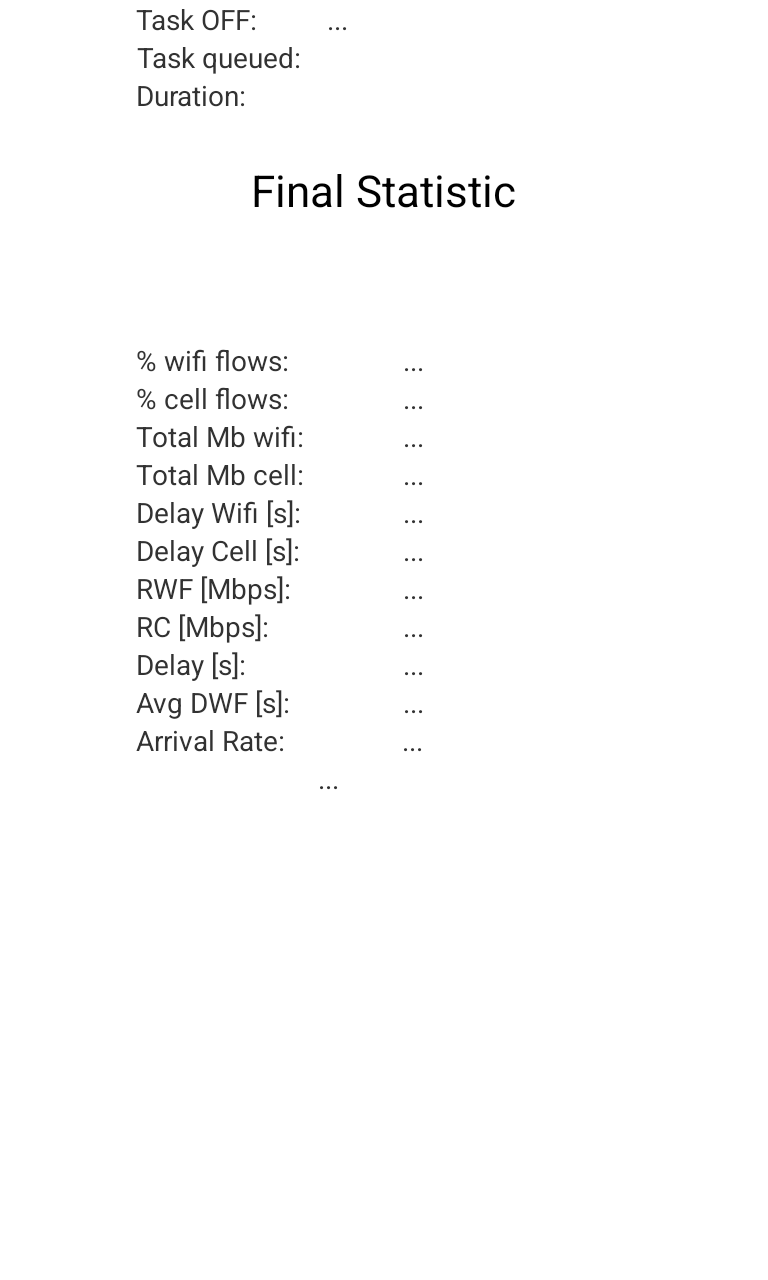
Repository: nncsang/Java-DynamicOffloading
Layout: Wifi3GProject/Wifi3GProject/res/layout/final_stat.xml
These files come from the project's save history. The layout is drawn as it stood at one moment and after the next save; the edit follows.
It is drawn on a 768 x 1280 px phone screen (xhdpi) without system bars, with theme AppTheme; the app's code is not run.

Above is the layout before, as saved 2016-01-15 09:37:38.

### Wifi3GProject/Wifi3GProject/res/layout/final_stat.xml
<?xml version="1.0" encoding="utf-8"?>
<RelativeLayout xmlns:android="http://schemas.android.com/apk/res/android"
    android:layout_width="match_parent"
    android:layout_height="match_parent"
    android:orientation="vertical" >

    <TextView
        android:id="@+id/WF"
        android:layout_width="wrap_content"
        android:layout_height="wrap_content"
        android:layout_alignBaseline="@+id/WFView"
        android:layout_alignBottom="@+id/WFView"
        android:layout_alignRight="@+id/textView1"
        android:layout_toRightOf="@+id/TotWifiView"
        android:gravity="center"
        android:text="..." />

    <TextView
        android:id="@+id/CF"
        android:layout_width="wrap_content"
        android:layout_height="wrap_content"
        android:layout_above="@+id/TotWifiView"
        android:layout_alignRight="@+id/WF"
        android:layout_toRightOf="@+id/TotWifiView"
        android:gravity="center"
        android:text="..." />

    <TextView
        android:id="@+id/TotWifi"
        android:layout_width="wrap_content"
        android:layout_height="wrap_content"
        android:layout_alignBottom="@+id/TotWifiView"
        android:layout_alignLeft="@+id/CF"
        android:layout_alignRight="@+id/CF"
        android:gravity="center"
        android:text="..." />

    <TextView
        android:id="@+id/TotCell"
        android:layout_width="wrap_content"
        android:layout_height="wrap_content"
        android:layout_alignBottom="@+id/TotCellView"
        android:layout_alignLeft="@+id/TotWifi"
        android:layout_alignRight="@+id/TotWifi"
        android:gravity="center"
        android:text="..."  />

    <TextView
        android:id="@+id/DelayWifi"
        android:layout_width="wrap_content"
        android:layout_height="wrap_content"
        android:layout_alignBottom="@+id/DelayWifiView"
        android:layout_alignLeft="@+id/TotCell"
        android:layout_alignRight="@+id/TotCell"
        android:gravity="center"
        android:text="..."  />

    <TextView
        android:id="@+id/DelayCell"
        android:layout_width="wrap_content"
        android:layout_height="wrap_content"
        android:layout_alignBottom="@+id/DelayCellView"
        android:layout_alignLeft="@+id/DelayWifi"
        android:layout_alignRight="@+id/DelayWifi"
        android:gravity="center"
        android:text="..."  />

    <TextView
        android:id="@+id/RateWifi"
        android:layout_width="wrap_content"
        android:layout_height="wrap_content"
        android:layout_alignBottom="@+id/RateWifiView"
        android:layout_alignRight="@+id/DelayT"
        android:layout_toRightOf="@+id/RateWifiView"
        android:gravity="center"
        android:text="..." />

    <TextView
        android:id="@+id/RateCell"
        android:layout_width="wrap_content"
        android:layout_height="wrap_content"
        android:layout_alignBottom="@+id/RateCellView"
        android:layout_alignLeft="@+id/RateWifi"
        android:layout_alignRight="@+id/DelayT"
        android:gravity="center"
        android:text="..." />

    <TextView
        android:id="@+id/CFView"
        android:layout_width="wrap_content"
        android:layout_height="wrap_content"
        android:layout_alignLeft="@+id/WFView"
        android:layout_alignRight="@+id/WFView"
        android:layout_below="@+id/WFView"
        android:text="% cell flows: " />

    <TextView
        android:id="@+id/TotWifiView"
        android:layout_width="wrap_content"
        android:layout_height="wrap_content"
        android:layout_alignLeft="@+id/CFView"
        android:layout_below="@+id/CFView"
        android:text="Total Mb wifi: " />

    <TextView
        android:id="@+id/TotCellView"
        android:layout_width="wrap_content"
        android:layout_height="wrap_content"
        android:layout_alignLeft="@+id/TotWifiView"
        android:layout_below="@+id/TotWifiView"
        android:text="Total Mb cell: " />

    <TextView
        android:id="@+id/DelayWifiView"
        android:layout_width="wrap_content"
        android:layout_height="wrap_content"
        android:layout_alignLeft="@+id/TotCellView"
        android:layout_below="@+id/TotCell"
        android:layout_toLeftOf="@+id/TotCell"
        android:text="Delay Wifi [s]:" />

    <TextView
        android:id="@+id/DelayCellView"
        android:layout_width="wrap_content"
        android:layout_height="wrap_content"
        android:layout_alignLeft="@+id/DelayWifiView"
        android:layout_below="@+id/DelayWifi"
        android:layout_toLeftOf="@+id/DelayCell"
        android:text="Delay Cell [s]:" />

    <TextView
        android:id="@+id/RateWifiView"
        android:layout_width="wrap_content"
        android:layout_height="wrap_content"
        android:layout_alignLeft="@+id/DelayCellView"
        android:layout_below="@+id/DelayCell"
        android:layout_toLeftOf="@+id/DelayCell"
        android:text="RWF [Mbps]:" />

    <TextView
        android:id="@+id/RateCellView"
        android:layout_width="wrap_content"
        android:layout_height="wrap_content"
        android:layout_alignLeft="@+id/RateWifiView"
        android:layout_below="@+id/RateWifiView"
        android:text="RC [Mbps]:" />

    <TextView
        android:id="@+id/DelayTView"
        android:layout_width="wrap_content"
        android:layout_height="wrap_content"
        android:layout_alignLeft="@+id/RateCellView"
        android:layout_below="@+id/RateCellView"
        android:text="Delay [s]:" />

    <TextView
        android:id="@+id/DelayT"
        android:layout_width="wrap_content"
        android:layout_height="wrap_content"
        android:layout_alignBaseline="@+id/DelayTView"
        android:layout_alignBottom="@+id/DelayTView"
        android:layout_alignRight="@+id/textView1"
        android:layout_toRightOf="@+id/RateWifiView"
        android:gravity="center"
        android:text="..." />

    <TextView
        android:id="@+id/textView1"
        android:layout_width="wrap_content"
        android:layout_height="wrap_content"
        android:layout_alignParentTop="true"
        android:layout_centerHorizontal="true"
        android:layout_marginTop="80dp"
        android:text="Final Statistic"
        android:textAppearance="?android:attr/textAppearanceLarge" />

    <TextView
        android:id="@+id/WFView"
        android:layout_width="wrap_content"
        android:layout_height="wrap_content"
        android:layout_alignParentLeft="true"
        android:layout_below="@+id/textView1"
        android:layout_marginLeft="68dp"
        android:layout_marginTop="61dp"
        android:text="% wifi flows:" />

    <TextView
        android:id="@+id/TextView01"
        android:layout_width="wrap_content"
        android:layout_height="wrap_content"
        android:layout_alignLeft="@+id/DelayTView"
        android:layout_below="@+id/DelayTView"
        android:text="Avg DWF [s]:" />

    <TextView
        android:id="@+id/avgDWF"
        android:layout_width="wrap_content"
        android:layout_height="wrap_content"
        android:layout_alignRight="@+id/DelayT"
        android:layout_below="@+id/DelayT"
        android:layout_toRightOf="@+id/TotCellView"
        android:gravity="center"
        android:text="..." />

    <TextView
        android:id="@+id/lamda"
        android:layout_width="wrap_content"
        android:layout_height="wrap_content"
        android:layout_below="@+id/TextView01"
        android:layout_marginLeft="68dp"
        android:gravity="center"
        android:text="Arrival Rate:" />

     <TextView
        android:id="@+id/lamda_value"
        android:layout_width="wrap_content"
        android:layout_height="wrap_content"
        android:layout_alignRight="@+id/avgDWF"
        android:layout_below="@+id/avgDWF"
        android:layout_toRightOf="@+id/lamda"
        android:layout_marginLeft="12dp"
        android:gravity="center"
        android:text="..." />



     <TextView
        android:id="@+id/task_comming"
        android:layout_width="wrap_content"
        android:layout_height="wrap_content"
        android:layout_below="@+id/lambda"
        android:layout_marginLeft="68dp"
        android:gravity="center"
        android:text="Task OFF: " />

     <TextView
        android:id="@+id/task_comming_value"
        android:layout_width="wrap_content"
        android:layout_height="wrap_content"
        android:layout_alignRight="@+id/lambda_value"
        android:layout_below="@+id/lambda_value"
        android:layout_toRightOf="@+id/task_comming"
        android:layout_marginLeft="31dp"
        android:gravity="center"
        android:text="..." />

      <TextView
        android:id="@+id/task_queue"
        android:layout_width="wrap_content"
        android:layout_height="wrap_content"
        android:layout_below="@+id/task_comming"
        android:layout_marginLeft="68dp"
        android:gravity="center"
        android:text="Task queued: " />

     <TextView
        android:id="@+id/task_queue_value"
        android:layout_width="wrap_content"
        android:layout_height="wrap_content"
        android:layout_alignRight="@+id/task_comming_value"
        android:layout_below="@+id/task_comming_value"
        android:layout_toRightOf="@+id/task_queue"
        android:layout_marginLeft="31dp"
        android:gravity="center"
        android:text="..." />

      <TextView
        android:id="@+id/duration"
        android:layout_width="wrap_content"
        android:layout_height="wrap_content"
        android:layout_below="@+id/task_queue"
        android:layout_marginLeft="68dp"
        android:gravity="center"
        android:text="Duration:" />

     <TextView
        android:id="@+id/duration_value"
        android:layout_width="wrap_content"
        android:layout_height="wrap_content"
        android:layout_alignRight="@+id/task_queue_value"
        android:layout_below="@+id/lamda_value"
        android:layout_toRightOf="@+id/duration"
        android:layout_marginLeft="31dp"
        android:gravity="center"
        android:text="..." />


</RelativeLayout>

### Wifi3GProject/Wifi3GProject/res/values/styles.xml
<resources xmlns:android="http://schemas.android.com/apk/res/android">

    <!--
        Base application theme, dependent on API level. This theme is replaced
        by AppBaseTheme from res/values-vXX/styles.xml on newer devices.
    -->
    <style name="AppBaseTheme" parent="android:Theme.Light">
        <!--
            Theme customizations available in newer API levels can go in
            res/values-vXX/styles.xml, while customizations related to
            backward-compatibility can go here.
        -->
    </style>

    <!-- Application theme. -->
    <style name="AppTheme" parent="AppBaseTheme">
        <!-- All customizations that are NOT specific to a particular API-level can go here. -->
    </style>



    <style name="btnStyle" parent="@android:style/Widget.Button">
       <item name="android:textSize">15sp</item>
       <item name="android:textStyle">bold</item>
       <item name="android:textColor">#FFFFFF</item>
       <item name="android:gravity">center</item>
       <item name="android:shadowColor">#000000</item>
       <item name="android:shadowDx">1</item>
       <item name="android:shadowDy">1</item>
       <item name="android:shadowRadius">0.6</item>
       <item name="android:background">@drawable/custom_btn</item>
       <item name="android:padding">10dip</item>
   </style>

    <style name="customtheme" parent="@android:style/Theme.Light">
        <item name="android:spinnerItemStyle">@style/SpinnerItem</item>
        <item name="android:spinnerDropDownItemStyle">@style/SpinnerDropDownItem</item>
    </style>
    <style name="SpinnerItem">
        <item name="android:textColor">#FFFFFF</item>
        <item name="android:background">@drawable/custom_btn</item>
    </style>
    <style name="SpinnerDropDownItem">
        <item name="android:textColor">#FFFFFF</item>
        <item name="android:background">@drawable/custom_btn</item>
    </style>


</resources>

Loaded but not shown: Wifi3GProject/Wifi3GProject/res/values-v11/styles.xml (common file); Wifi3GProject/Wifi3GProject/res/values-v14/styles.xml (common file)

After the next save:
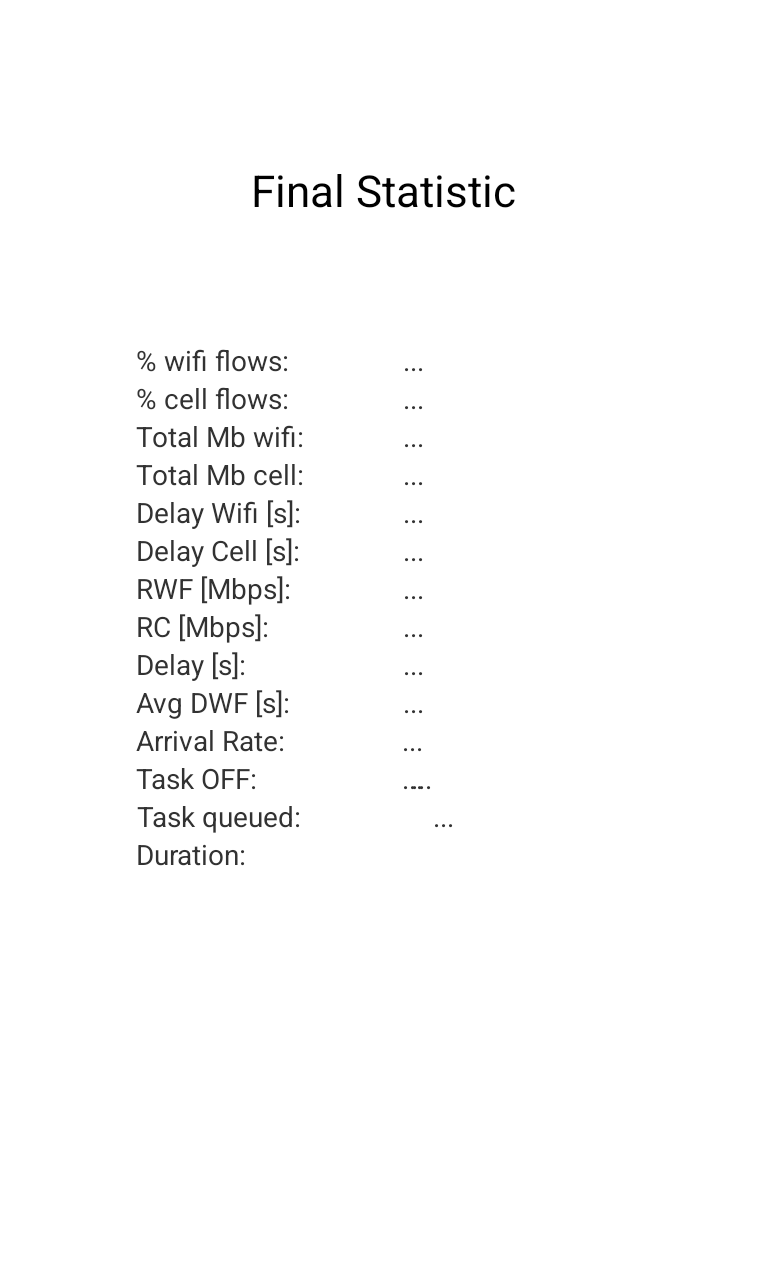
Saved 31 s later.
--- a/Wifi3GProject/Wifi3GProject/res/layout/final_stat.xml
+++ b/Wifi3GProject/Wifi3GProject/res/layout/final_stat.xml
@@ -228,7 +228,7 @@
         android:id="@+id/task_comming"
         android:layout_width="wrap_content"
         android:layout_height="wrap_content"
-        android:layout_below="@+id/lambda"
+        android:layout_below="@+id/lamda"
         android:layout_marginLeft="68dp"
         android:gravity="center"
         android:text="Task OFF: " />
@@ -237,8 +237,8 @@
         android:id="@+id/task_comming_value"
         android:layout_width="wrap_content"
         android:layout_height="wrap_content"
-        android:layout_alignRight="@+id/lambda_value"
-        android:layout_below="@+id/lambda_value"
+        android:layout_alignRight="@+id/lamda_value"
+        android:layout_below="@+id/lamda_value"
         android:layout_toRightOf="@+id/task_comming"
         android:layout_marginLeft="31dp"
         android:gravity="center"
